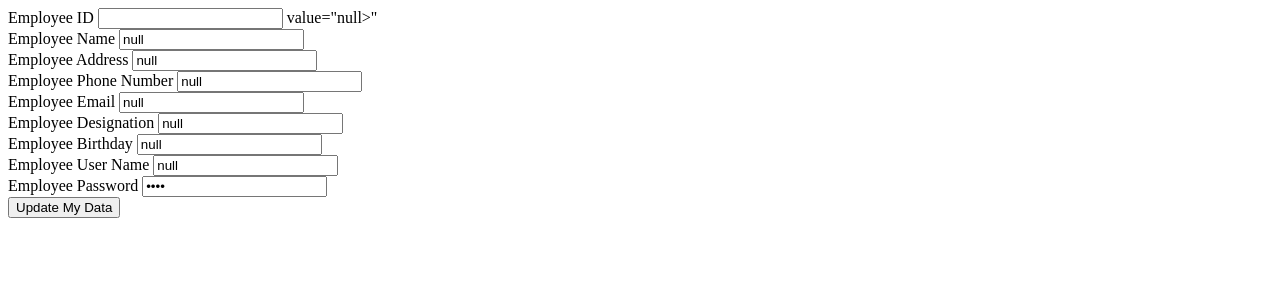
Repository: IT20643218/Employee-Management-System-OOP-Project-20-Y2S2
Page: http://localhost/EmployeeDemo/UpdateEmployee.jsp
The author's editor kept a copy of each file at every save. The page is drawn from the files as they stood at one save, then again after the next save.
The browser window is 1280 px wide. The pictures show the whole page.
The page is served by Tomcat 9. Nobody is signed in. The application's start-up code is not run. Other server files are loaded and not shown.

Above is the page before, as saved 2021-09-28 19:30:27.

### Java_Project/EmployeeDemo/src/main/webapp/UpdateEmployee.jsp
<%@ page language="java" contentType="text/html; charset=ISO-8859-1"
    pageEncoding="ISO-8859-1"%>
<!DOCTYPE html>
<html>
<head>
<meta charset="ISO-8859-1">
<title>Insert title here</title>
</head>
<body>

<%
	String id = request.getParameter("id");
	String name = request.getParameter("name");
	String address = request.getParameter("address");
	String phonenumber = request.getParameter("phone");
	String email = request.getParameter("email");
	String designation = request.getParameter("designation");
	String birthday = request.getParameter("birthday");
	String username = request.getParameter("username");
	String password = request.getParameter("password");
%>

<form action="#" method ="post">
Employee ID <input type="text" name="id"> value="<%=id %>>"<br>
Employee Name <input type="text" name="name" value ="<%=name %>"><br>
Employee Address <input type="text" name="address" value ="<%=address %>"><br>
Employee Phone Number <input type="text" name="phone" value ="<%=phonenumber %>"><br>
Employee Email <input type ="text" name="email" value="<%=email %>"><br>
Employee Designation <input type="text" name="designation" value="<%=designation %>"><br>
Employee Birthday <input type="text" name="birthday" value="<%=birthday %>"><br>
Employee User Name <input type="text" name="username" value="<%=username %>"><br>
Employee Password <input type="password" name="password" value="<%=password %>"><br>

<input type="submit" name="submit" value="Update My Data"><br>

</form>

</body>
</html>

After the next save:
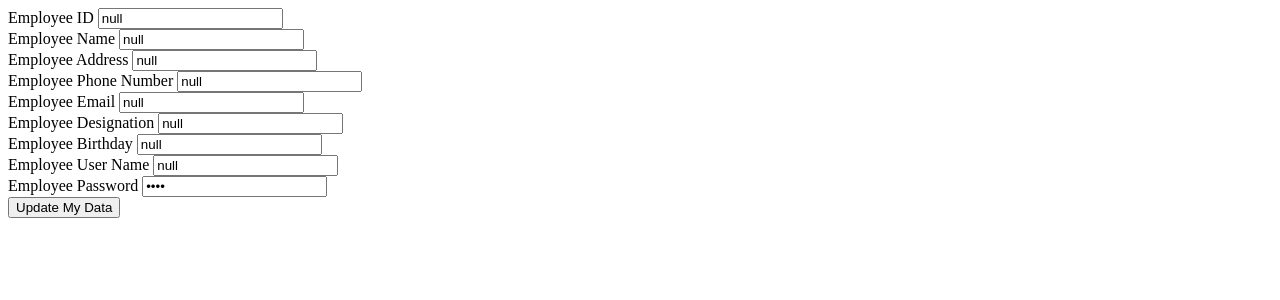
Saved 3 min 16 s later.
--- a/Java_Project/EmployeeDemo/src/main/webapp/UpdateEmployee.jsp
+++ b/Java_Project/EmployeeDemo/src/main/webapp/UpdateEmployee.jsp
@@ -21,7 +21,7 @@
 %>
 
 <form action="#" method ="post">
-Employee ID <input type="text" name="id"> value="<%=id %>>"<br>
+Employee ID <input type="text" name="id" value="<%=id %>"><br>
 Employee Name <input type="text" name="name" value ="<%=name %>"><br>
 Employee Address <input type="text" name="address" value ="<%=address %>"><br>
 Employee Phone Number <input type="text" name="phone" value ="<%=phonenumber %>"><br>
